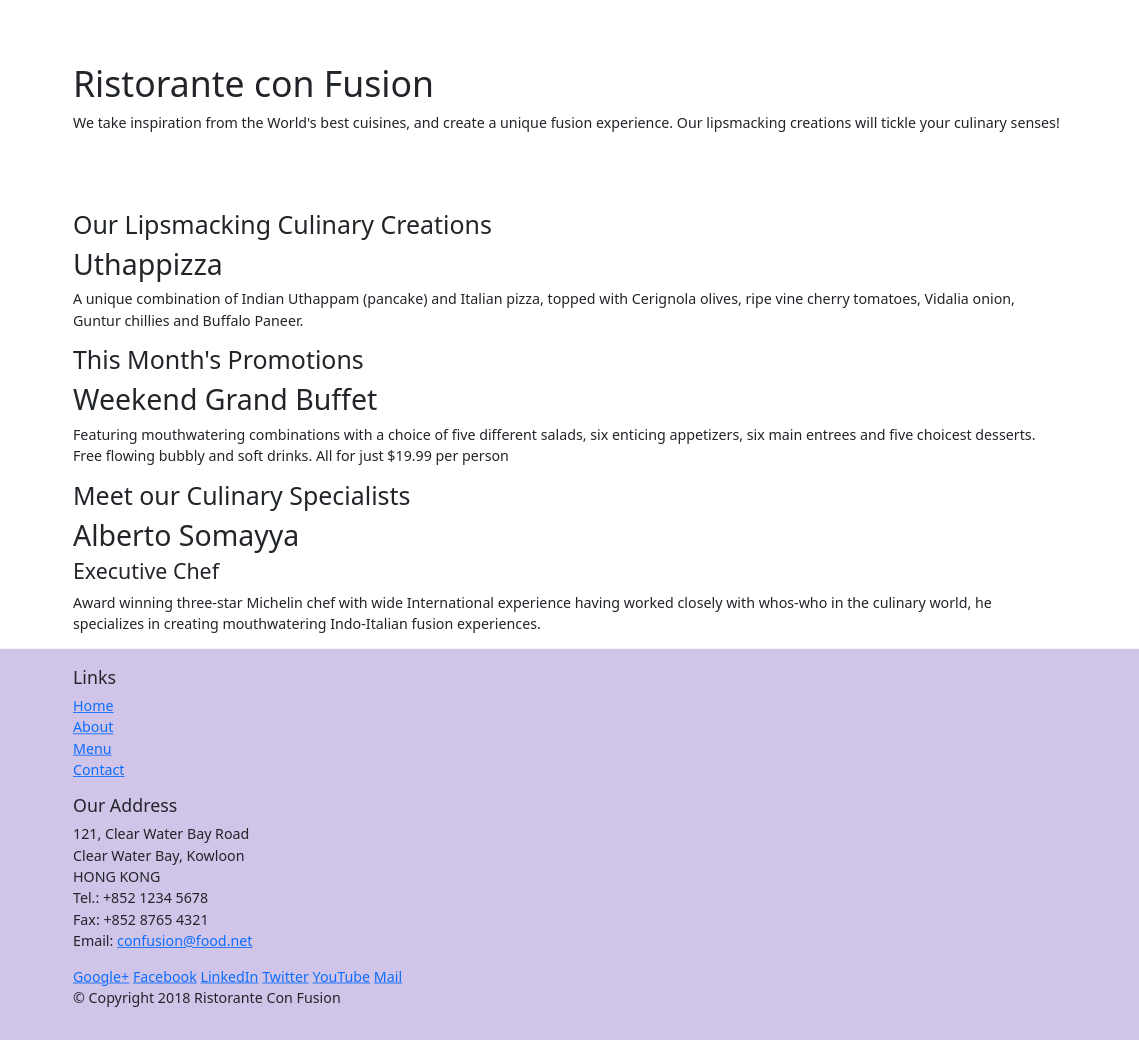
Repository: devjeremyjake/confusion
Page: index.html
An editor plug-in stored every save of this project. The page is shown before and after a run of saves, followed by the edit.
The browser window is 1280 px wide. The pictures show the whole page, at 89% of full size.
Some web libraries are served in a nearby version.

Above is the page before, as saved 2020-01-30 15:37:12.

### index.html
<!DOCTYPE html>
<html lang="en">
<head>
    <meta charset="UTF-8">
    <meta name="viewport" content="width=device-width, initial-scale=1.0">
    <meta http-equiv="X-UA-Compatible" content="ie=edge">
    <title>Ristorante Con Fusion</title>
    <link rel="stylesheet" href="node_modules/bootstrap/dist/css/bootstrap.min.css">
    <link rel="stylesheet" href="css/style.css">
</head>

<body>

   <header class="jumbotron">
        <div class="container">
            <div class="row row-header>
                <div class="col-12 col-sm-6">
                    <h1>Ristorante con Fusion</h1>
                    <p>We take inspiration from the World's best cuisines, and create a unique fusion experience. Our lipsmacking creations will tickle your culinary senses!</p>
                </div>
                <div class="col-12 col-sm">
                </div>
            </div>
        </div>
    </header>

    <div class="container">
        <div class="row row-header">
            <div>
                <h3>Our Lipsmacking Culinary Creations</h3>
            </div>
            <div>
                <h2>Uthappizza</h2>
                <p>A unique combination of Indian Uthappam (pancake) and Italian pizza, topped with Cerignola olives, ripe vine cherry tomatoes, Vidalia onion, Guntur chillies and Buffalo Paneer.</p>
            </div>
        </div>


        <div class="row row-header">
            <div>
                <h3>This Month's Promotions</h3>
            </div>
            <div>
                <h2>Weekend Grand Buffet</h2>
                <p>Featuring mouthwatering combinations with a choice of five different salads, six enticing appetizers, six main entrees and five choicest desserts. Free flowing bubbly and soft drinks. All for just $19.99 per person </p>
            </div>
        </div>

        <div class="row row-header">
            <div>
                <h3>Meet our Culinary Specialists</h3>
            </div>
            <div>
                <h2>Alberto Somayya</h2>
                <h4>Executive Chef</h4>
                <p>Award winning three-star Michelin chef with wide International experience having worked closely with whos-who in the culinary world, he specializes in creating mouthwatering Indo-Italian fusion experiences. </p>
            </div>
        </div>
    </div>

    <footer class="footer">
        <div class=" container">
            <div>
                <div>
                    <h5>Links</h5>
                    <ul class="list-unstyled">
                        <li><a href="#">Home</a></li>
                        <li><a href="#">About</a></li>
                        <li><a href="#">Menu</a></li>
                        <li><a href="#">Contact</a></li>
                    </ul>
                </div>
                <div>
                    <h5>Our Address</h5>
                    <address>
		              121, Clear Water Bay Road<br>
		              Clear Water Bay, Kowloon<br>
		              HONG KONG<br>
		              Tel.: +852 1234 5678<br>
		              Fax: +852 8765 4321<br>
		              Email: <a href="mailto:confusion@food.net">confusion@food.net</a>
		           </address>
                </div>
                <div>
                    <div>
                        <a href="http://google.com/+">Google+</a>
                        <a href="http://www.facebook.com/profile.php?id=">Facebook</a>
                        <a href="http://www.linkedin.com/in/">LinkedIn</a>
                        <a href="http://twitter.com/">Twitter</a>
                        <a href="http://youtube.com/">YouTube</a>
                        <a href="mailto:">Mail</a>
                    </div>
                </div>
           </div>
           <div>
                <div>
                    <p>© Copyright 2018 Ristorante Con Fusion</p>
                </div>
           </div>
        </div>
    </footer>

    <script src="node_modules/jquery/dist/jquery.slim.min.js"></script>
    <script src="node_modules/popper.js/dist/umd/popper.min.js"></script>
    <script src="node_modules/bootstrap/dist/js/bootstrap.min.js"></script>
</body>

</html>

### css/style.css
.row-header {
    margin: px auto;
    padding: 0px;
}

.row-content {
    margin: 0px auto;
    padding: 50px 0px 50px 0px;
    border-bottom: 1px ridge;
    min-height: 400px;
}

.footer {
    background-color: #D1C4E9;
    margin: 0px auto;
    padding: 20px 0px 20px 0px;
}

.jumbotron {
    padding: 70px 30px 70px 30px;
    margin: 0px auto;
    background
}

After the next 6 saves:
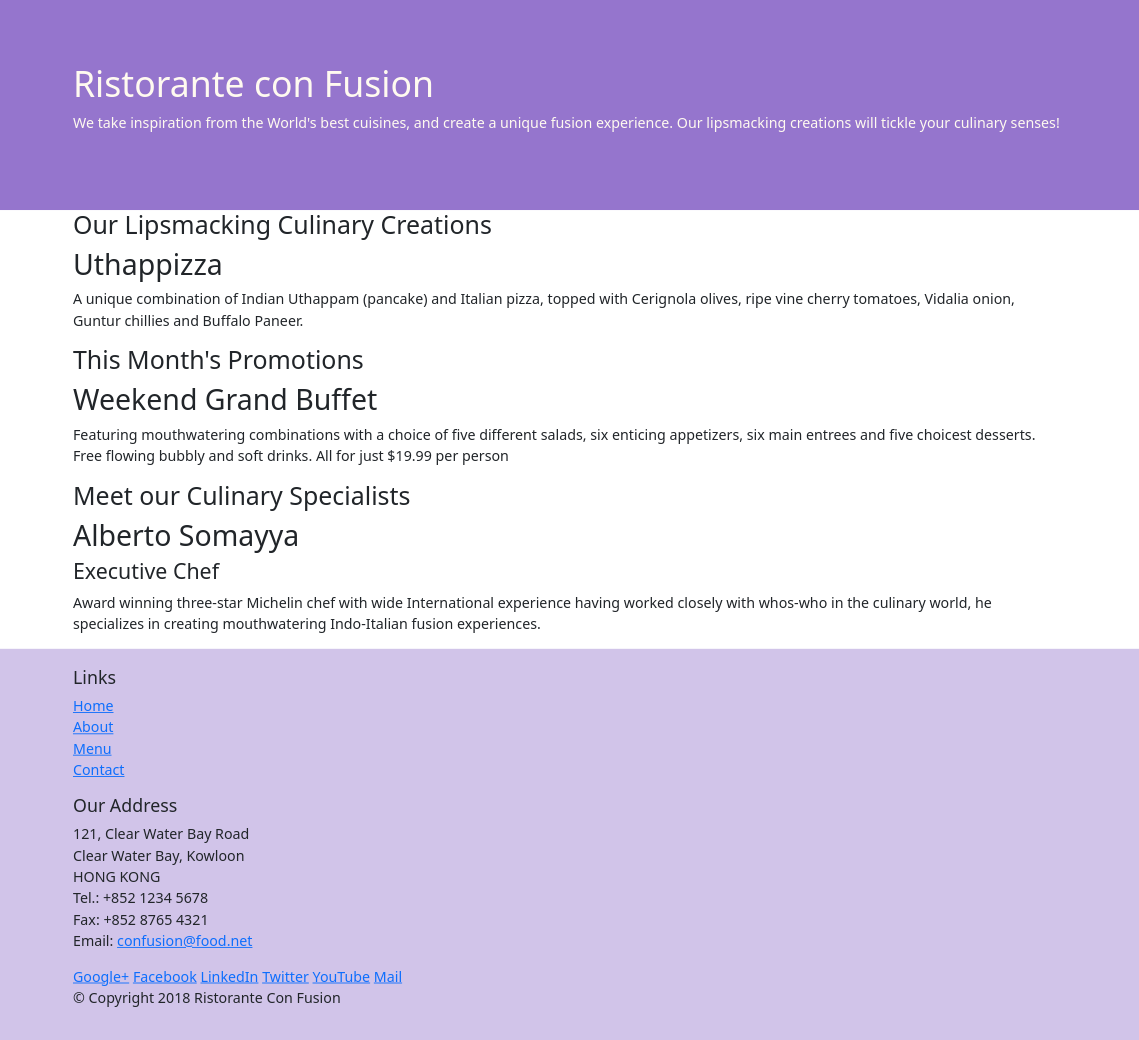
The 6 saves are shown as one change because they came seconds apart.
The last was saved 16 s later.
--- a/css/style.css
+++ b/css/style.css
@@ -19,5 +19,6 @@
 .jumbotron {
     padding: 70px 30px 70px 30px;
     margin: 0px auto;
-    background
+    background: #9575CD;
+    color: floralwhite;
 }
